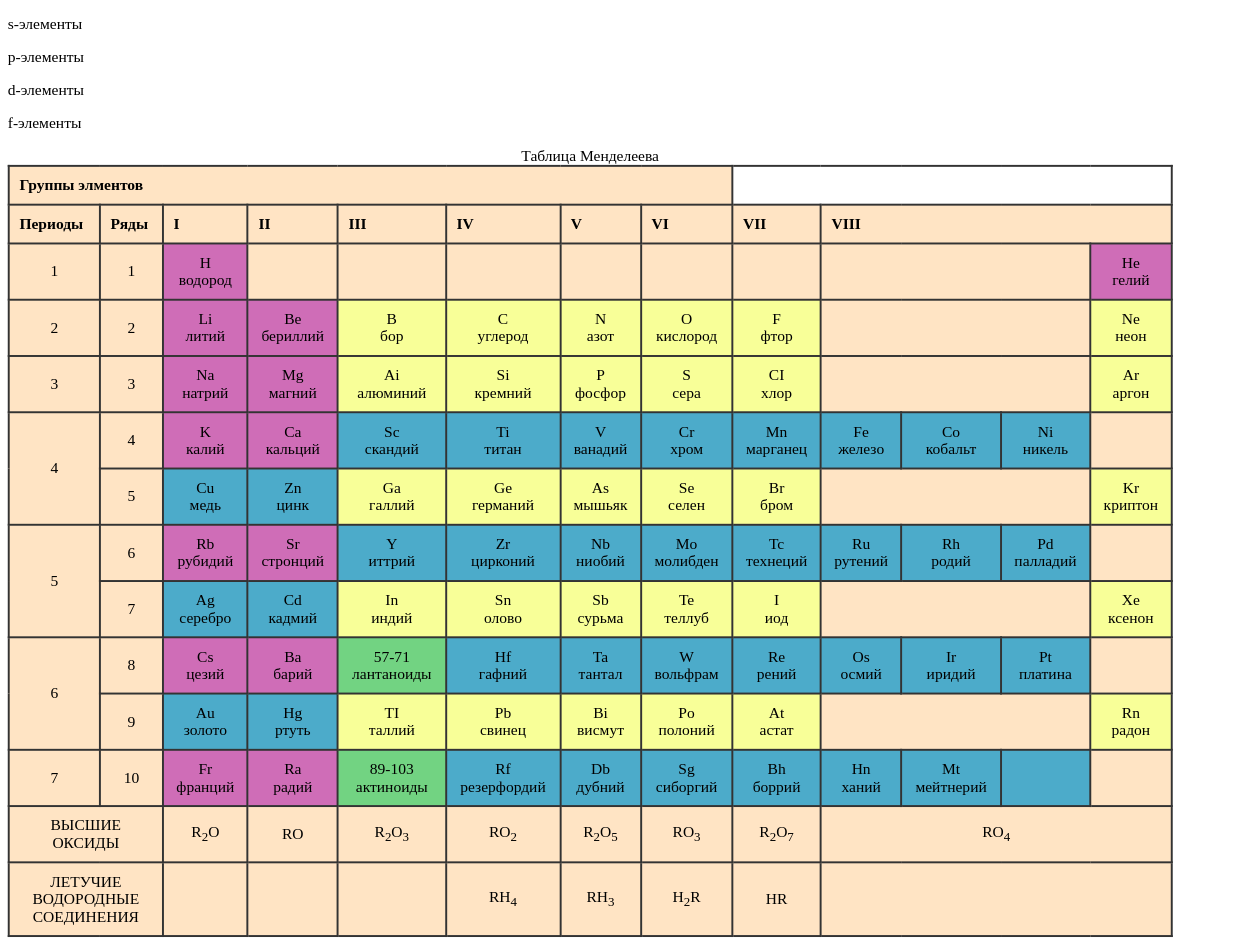
Repository: sannikovcode/exercises-a1
Page: JS/websites/01-periodic table/index.html
These files come from the project's save history. The page is drawn as it stood at one moment and after the next save; the edit follows.
The browser window is 1280 px wide. The pictures show the whole page, at 97% of full size.

Above is the page before, as saved 2025-10-18 15:09:02.

### JS/websites/01-periodic table/index.html
<!DOCTYPE html>
<html lang="en">

<head>
    <meta charset="UTF-8">
    <meta name="viewport" content="width=device-width, initial-scale=1.0">
    <title>Periodic table</title>
    <link rel="stylesheet" href="styles.css">
</head>

<body>
    <table>
        <caption>Таблица Менделеева</caption>
        <thead>
            <tr>
                <th colspan="8">Группы элментов</th>
            </tr>
        </thead>

        <tbody>
            <tr>
                <th scope="col">Периоды</th>
                <th scope="col">Ряды</th>
                <th scope="col">I</th>
                <th scope="col">II</th>
                <th scope="col">III</th>
                <th scope="col">IV</th>
                <th scope="col">V</th>
                <th scope="col">VI</th>
                <th scope="col">VII</th>
                <th scope="col" colspan="4">VIII</th>
            </tr>
            <tr>
                <td scope="row">1</td>
                <td>1</td>
                <td id="s">H<br>водород</td>
                <td></td>
                <td></td>
                <td></td>
                <td></td>
                <td></td>
                <td></td>
                <td colspan="3"></td>
                <td id="s">He<br>гелий</td>

            </tr>
            <tr>
                <td scope="row">2</td>
                <td>2</td>
                <td id="s">Li<br>литий</td>
                <td id="s">Be<br>бериллий</td>
                <td id="p">B<br>бор</td>
                <td id="p">C<br>углерод</td>
                <td id="p">N<br>азот</td>
                <td id="p">O<br>кислород</td>
                <td id="p">F<br>фтор</td>
                <td colspan="3"></td>
                <td id="p">Ne<br>неон</td>
            </tr>
            <tr>
                <td scope="row">3</td>
                <td>3</td>
                <td id="s">Na<br>натрий</td>
                <td id="s">Mg<br>магний</td>
                <td id="p">Ai<br>алюминий</td>
                <td id="p">Si<br>кремний</td>
                <td id="p">P<br>фосфор</td>
                <td id="p">S<br>сера</td>
                <td id="p">CI<br>хлор</td>
                <td colspan="3"></td>
                <td id="p">Ar<br>аргон</td>

            </tr>
            <tr>
                <td scope="row" rowspan="2">4</td>
                <td>4</td>
                <td id="s">K<br>калий</td>
                <td id="s">Ca<br>кальций</td>
                <td id="d">Sc<br>скандий</td>
                <td id="d">Ti<br>титан</td>
                <td id="d">V<br>ванадий</td>
                <td id="d">Cr<br>хром</td>
                <td id="d">Mn<br>марганец</td>
                <td id="d">Fe<br>железо</td>
                <td id="d">Co<br>кобальт</td>
                <td id="d">Ni<br>никель</td>
                <td></td>
            </tr>
            <tr>
                <td>5</td>
                <td id="d">Cu<br>медь</td>
                <td id="d">Zn<br>цинк</td>
                <td id="p">Ga<br>галлий</td>
                <td id="p">Ge<br>германий</td>
                <td id="p">As<br>мышьяк</td>
                <td id="p">Se<br>селен</td>
                <td id="p">Br<br>бром</td>
                <td colspan="3"></td>
                <td id="p">Kr<br>криптон</td>
            <tr>
                <td scope="row" rowspan="2">5</td>
                <td>6</td>
                <td id="s">Rb<br>рубидий</td>
                <td id="s">Sr<br>стронций</td>
                <td id="d">Y<br>иттрий</td>
                <td id="d">Zr<br>цирконий</td>
                <td id="d">Nb<br>ниобий</td>
                <td id="d">Mo<br>молибден</td>
                <td id="d">Tc<br>технеций</td>
                <td id="d">Ru<br>рутений</td>
                <td id="d">Rh<br>родий</td>
                <td id="d">Pd<br>палладий</td>
                <td></td>
            </tr>
            <tr>
                <td>7</td>
                <td id="d">Ag<br>серебро</td>
                <td id="d">Cd<br>кадмий</td>
                <td id="p">In<br>индий</td>
                <td id="p">Sn<br>олово</td>
                <td id="p">Sb<br>сурьма</td>
                <td id="p">Te<br>теллуб</td>
                <td id="p">I<br>иод</td>
                <td colspan="3"></td>
                <td id="p">Xe<br>ксенон</td>
            </tr>
            <tr>
                <td scope="row" rowspan="2">6</td>
                <td>8</td>
                <td id="s">Cs<br>цезий</td>
                <td id="s">Ba<br>барий</td>
                <td id="f">57-71<br>лантаноиды</td>
                <td id="d">Hf<br>гафний</td>
                <td id="d">Ta<br>тантал</td>
                <td id="d">W<br>вольфрам</td>
                <td id="d">Re<br>рений</td>
                <td id="d">Os<br>осмий</td>
                <td id="d">Ir<br>иридий</td>
                <td id="d">Pt<br>платина</td>
                <td></td>
            </tr>
            <tr>
                <td>9</td>
                <td id="d">Au<br>золото</td>
                <td id="d">Hg<br>ртуть</td>
                <td id="p">TI<br>таллий</td>
                <td id="p">Pb<br>свинец</td>
                <td id="p">Bi<br>висмут</td>
                <td id="p">Po<br>полоний</td>
                <td id="p">At<br>астат</td>
                <td colspan="3"></td>
                <td id="p">Rn<br>радон</td>
            </tr>
            <tr>
                <td scope="row">7</td>
                <td>10<br></td>
                <td id="s">Fr<br>франций</td>
                <td id="s">Ra<br>радий</td>
                <td id="f">89-103<br>актиноиды</td>
                <td id="d">Rf<br>резерфордий</td>
                <td id="d">Db<br>дубний</td>
                <td id="d">Sg<br>сиборгий</td>
                <td id="d">Bh<br>боррий</td>
                <td id="d">Hn<br>ханий</td>
                <td id="d">Mt<br>мейтнерий</td>
                <td id="d"></td>
                <td></td>
            </tr>
            <tr>
                <td colspan="2">ВЫСШИЕ <br>ОКСИДЫ</td>
                <td>R<sub>2</sub>O</td>
                <td>RO</td>
                <td>R<sub>2</sub>O<sub>3</sub></td>
                <td>RO<sub>2</sub></td>
                <td>R<sub>2</sub>O<sub>5</sub></td>
                <td>RO<sub>3</sub></td>
                <td>R<sub>2</sub>O<sub>7</sub></td>
                <td colspan="4">RO<sub>4</sub></td>

            </tr>
            <tr>
                <td colspan="2">ЛЕТУЧИЕ <br>ВОДОРОДНЫЕ <br> СОЕДИНЕНИЯ</td>
                <td></td>
                <td></td>
                <td></td>
                <td>RH<sub>4</sub></td>
                <td>RH<sub>3</sub></td>
                <td>H<sub>2</sub>R</td>
                <td>HR</td>
                <td colspan="4"></td>
            </tr>
        </tbody>
        <tfoot>
            <p>s-элементы</p>
            <p>p-элементы</p>
            <p>d-элементы</p>
            <p>f-элементы</p>

        </tfoot>

    </table>




</body>

</html>

### JS/websites/01-periodic table/styles.css
/* 1 */
table {
  border-collapse: collapse;
  width: 95%;
}

table, th, td {
  border: 2px solid #333;
}

th, td {
  padding: 10px;
  text-align: left;
  background-color: bisque;
}

/*2*/
td {
  text-align: center; /* горизонтальное центрирование */
  vertical-align: middle; /* вертикальное центрирование */
}

/* элементы */

#s {
  background-color: rgb(207, 109, 183);
}
#p {
  background-color: rgb(248, 255, 152);
}
#d {
  background-color: rgb(76, 171, 202);
}
#f {
  background-color: rgb(114, 211, 130);
}

After the next save:
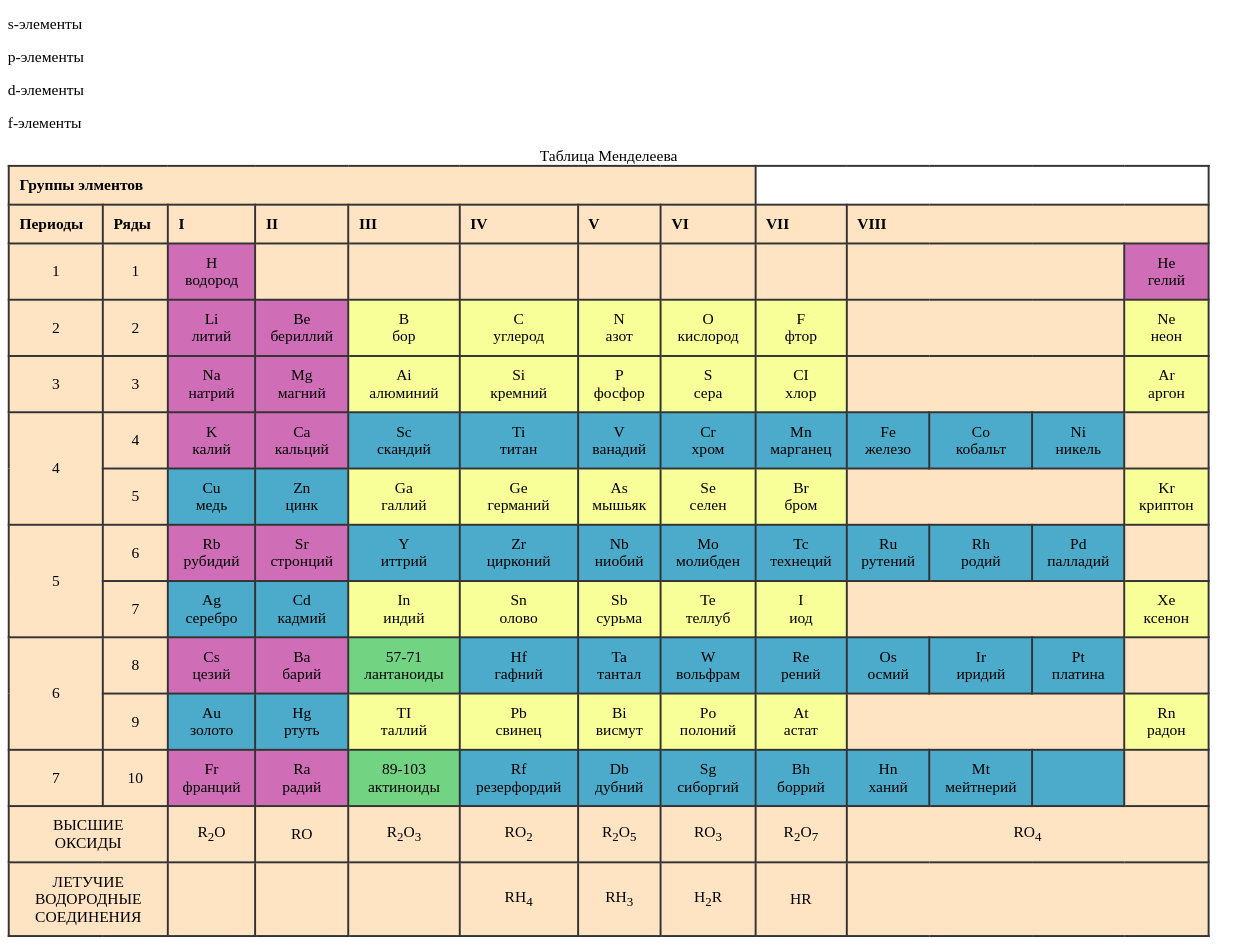
Saved 11 s later.
--- a/JS/websites/01-periodic table/styles.css
+++ b/JS/websites/01-periodic table/styles.css
@@ -1,7 +1,7 @@
 /* 1 */
 table {
   border-collapse: collapse;
-  width: 95%;
+  width: 98%;
 }
 
 table, th, td {
